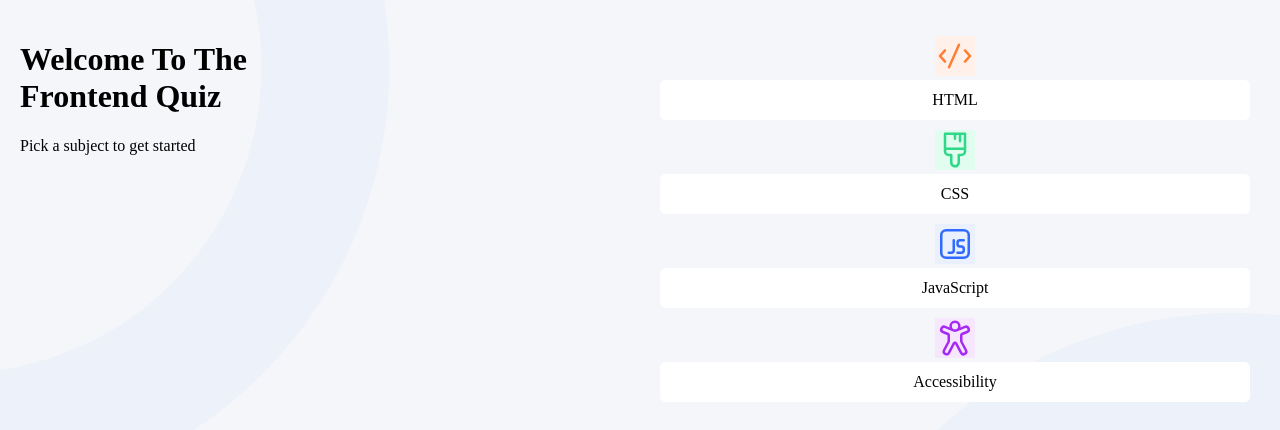
Repository: Daniel054311/Quiz-app-V1
Page: index.html
An editor plug-in stored every save of this project. The page is shown before and after a run of saves, followed by the edit.
The browser window is 1280 px wide. The pictures show the whole page.

Above is the page before, as saved 2024-01-28 15:17:08.

After the next 2 saves:
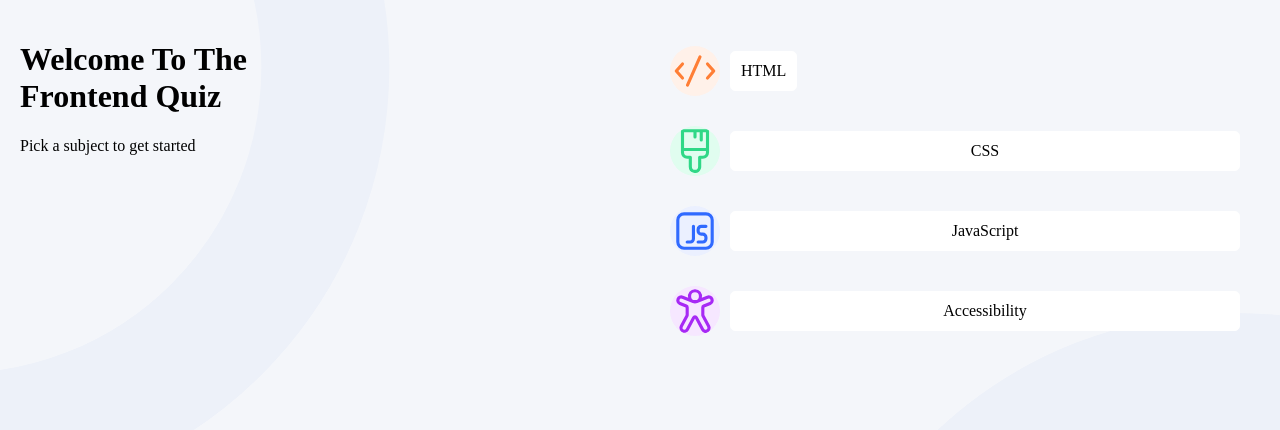
The 2 saves are shown as one change because they came seconds apart.
The last was saved 16 s later.
--- a/asset/css/index.css
+++ b/asset/css/index.css
@@ -56,10 +56,27 @@ body {
     border-radius: 5px;
   }
 
-  .navigation a:hover {
+  /* CSS */
+.image-item {
+    display: flex;
+    align-items: center;
+    margin-bottom: 10px; /* Add spacing between items */
+    padding: 10px;
+    background-color: var(--bg-color);
+    border-radius: 10px; /* Adjust border radius as needed */
+  }
 
+  .image {
+    width: 50px; /* Adjust image width as needed */
+    height: 50px; /* Adjust image height as needed */
+    border-radius: 50%; /* Make the image circular, or adjust as needed */
+    margin-right: 10px; /* Add spacing between image and content */
+  }
 
+  .content {
+    flex: 1; /* Allow content to fill remaining space */
   }
+
 
 
   /* .header.h1 {
